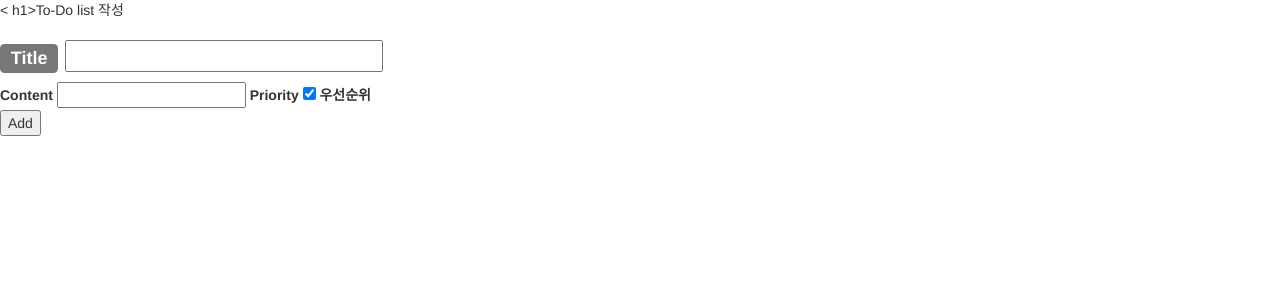
Repository: qudgns200/Toy_01_ToDoList
Page: http://localhost/ToDoList/jsp/writeForm.jsp
These files come from the project's save history. The page is drawn as it stood at one moment and after the next save; the edit follows.
The browser window is 1280 px wide. The pictures show the whole page.
The page is served by Tomcat 9. Nobody is signed in. The application's start-up code is not run. Other server files are loaded and not shown.

Above is the page before, as saved 2019-11-07 04:40:12.
Console error (its wording comes from the project's code and is left out).

### ToDoList/WebContent/jsp/writeForm.jsp
<%@ page language="java" contentType="text/html; charset=UTF-8"
	pageEncoding="UTF-8"%>
<!DOCTYPE html>
<html>
<head>
<meta charset="UTF-8">
<title>Insert title here</title>
<!--  Bootstrap -->
<link rel="stylesheet"
	href="https://maxcdn.bootstrapcdn.com/bootstrap/3.3.2/css/bootstrap.min.css">
<link rel="stylesheet"
	href="https://maxcdn.bootstrapcdn.com/bootstrap/3.3.2/css/bootstrap-theme.min.css">
<!--  --------- -->
</head>
<body>
	< h1>To-Do list 작성
	</h1>
	<form method="post" action="write.do">
		<h3>
			<span class="label label-default">Title</span> <span><input
				type="text" name="title" id="title" /></span>
		</h3>

		<label>Content</label> <input type="text" name="content" id="content" />

		<label>Priority</label> <input type="checkbox" name="priority"
			id="priority" checked /> <label for="priority" id="laberP">우선순위</label>
		<br>

		<button type="submit">Add</button>

		<div class="spacer"></div>
	</form>

	<script
		src="https://maxcdn.bootstrapcdn.com/bootstrap/3.3.2/js/bootstrap.min.js"></script>
</body>
</html>

After the next save:
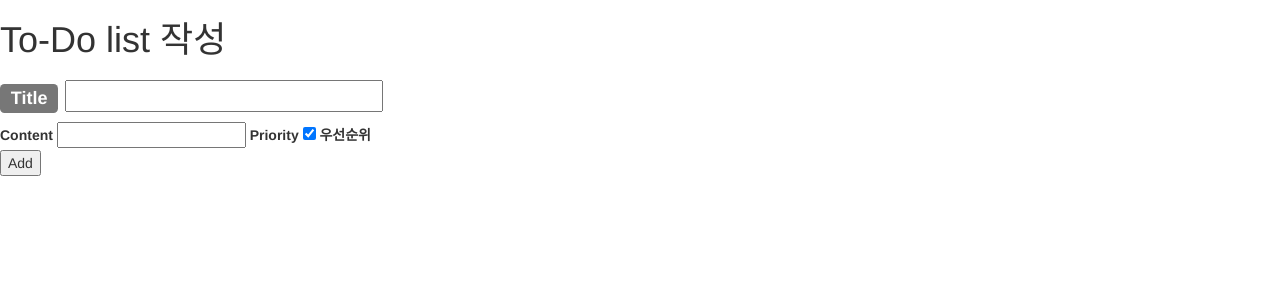
Saved 6 s later.
--- a/ToDoList/WebContent/jsp/writeForm.jsp
+++ b/ToDoList/WebContent/jsp/writeForm.jsp
@@ -13,8 +13,7 @@
 <!--  --------- -->
 </head>
 <body>
-	< h1>To-Do list 작성
-	</h1>
+	<h1>To-Do list 작성</h1>
 	<form method="post" action="write.do">
 		<h3>
 			<span class="label label-default">Title</span> <span><input
